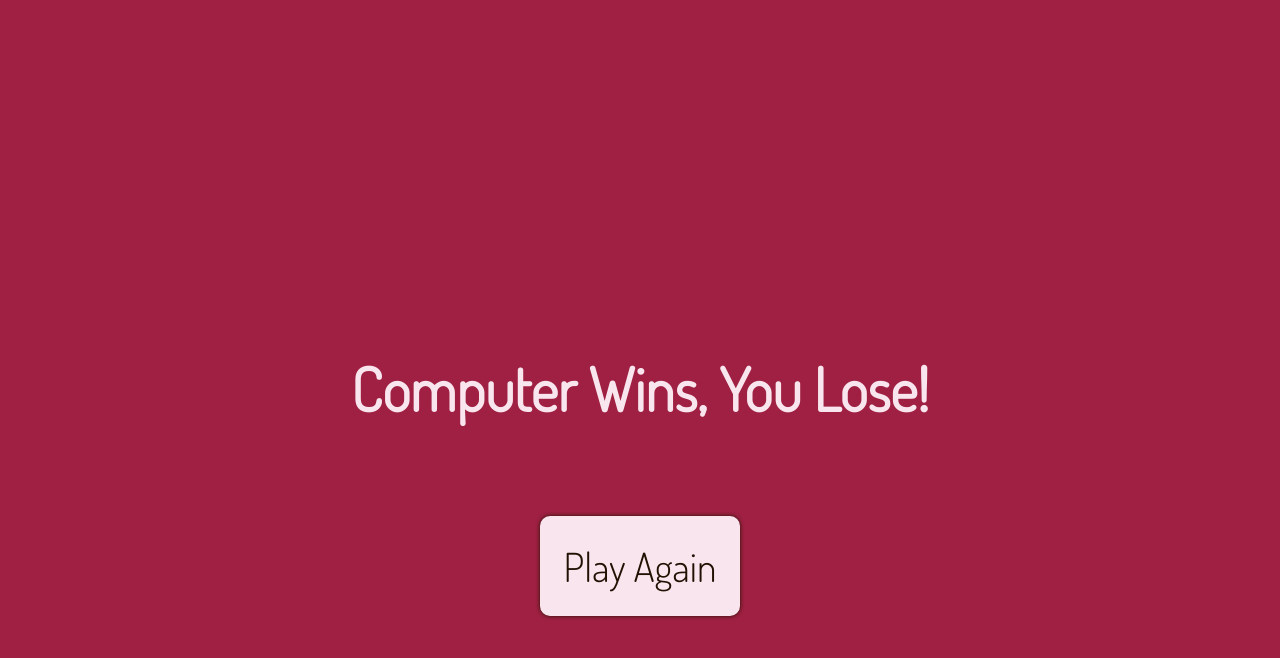
Repository: shayanabedi98/rock-paper-scissors
Page: loser.html
The author's editor kept a copy of each file at every save. The page is drawn from the files as they stood at one save, then again after the next save.
The browser window is 1280 px wide. The pictures show the whole page.

Above is the page before, as saved 2023-07-15 17:25:42.
Console error: TypeError: Cannot read properties of null (reading 'addEventListener')

After the next save:
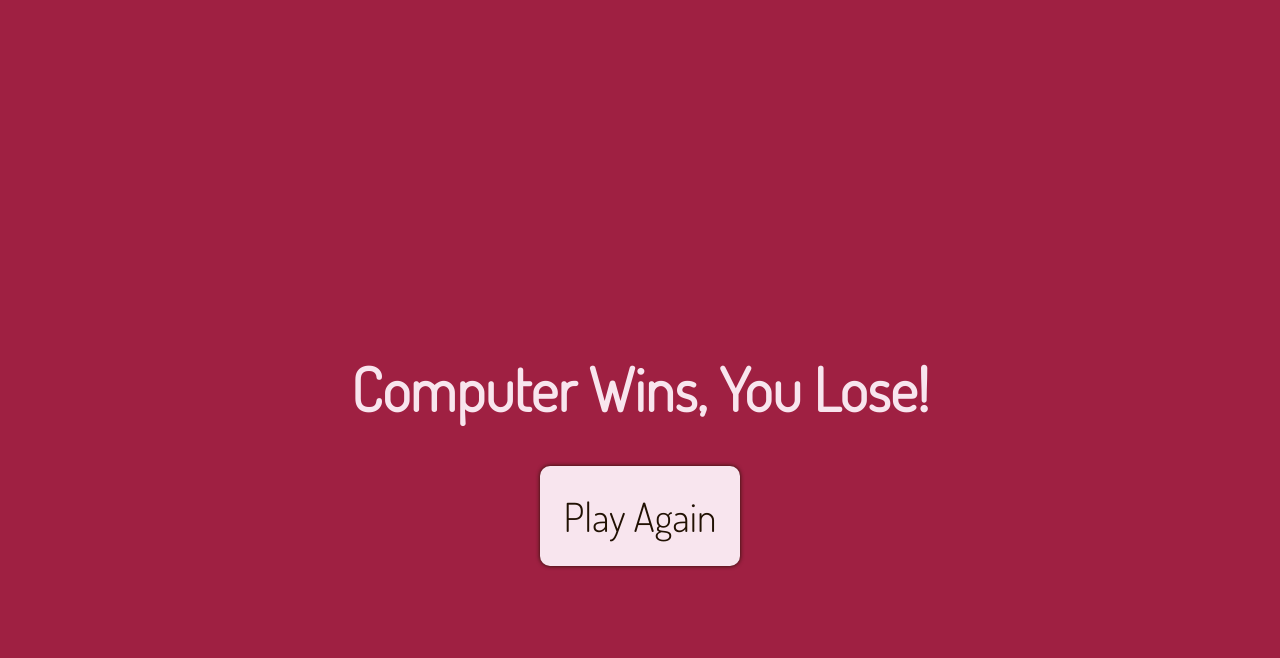
Saved 26 s later.
--- a/styles.css
+++ b/styles.css
@@ -168,6 +168,4 @@ h1 {
     border: 0;
     border-radius: 10px;
     box-shadow: 0 0 4px 0 #211103;
-    margin-top: 50px;
-    transition: 1.5s;
 }
